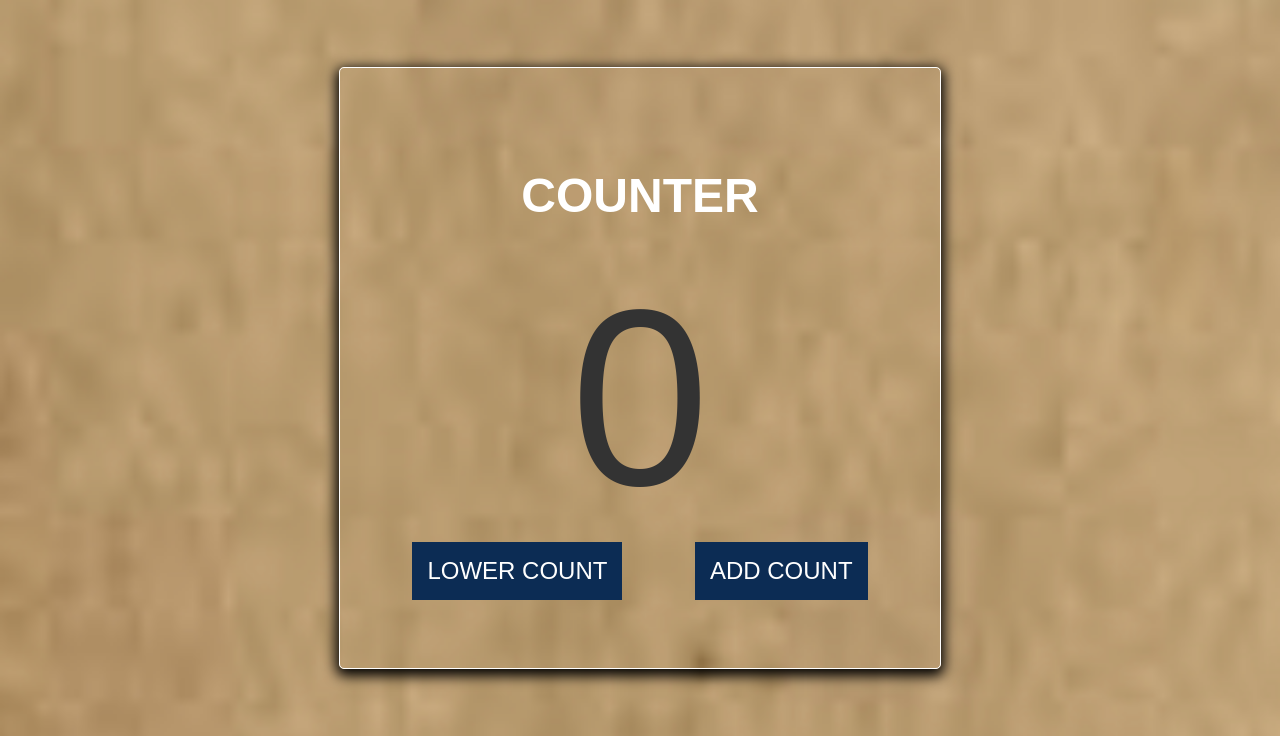
Repository: Hasmik-icml/counter
Page: index.html
These files come from the project's save history. The page is drawn as it stood at one moment and after a run of saves; the edit follows.
The browser window is 1280 px wide. The pictures show the whole page.
After loading, the first visible `button.buttonLower` was clicked once.

Above is the page before, as saved 2022-02-14 17:24:56.

After the next 3 saves:
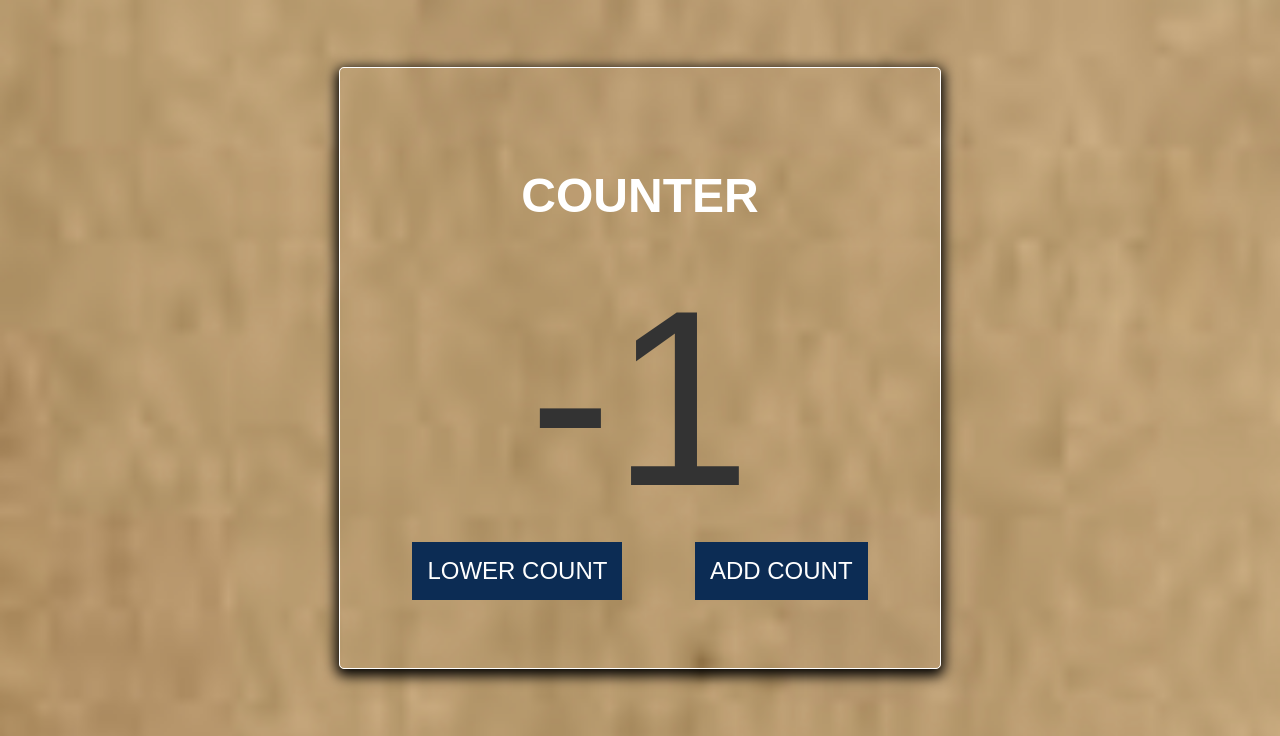
The 3 saves are shown as one change because they came seconds apart.
The last was saved 47 s later.
--- a/index.js
+++ b/index.js
@@ -2,18 +2,9 @@ const result = document.querySelector(".result");
 const buttonLower = document.querySelector(".buttonLower");
 const buttonAdd = document.querySelector(".buttonAdd");
 
-// buttonLower.addEventListener("click", function(){
-//     result.innerHTML--;
-// })
-// buttonAdd.addEventListener("click", function(){
-//     result.innerHTML++;
-// })
-function incrisOrDecris(){
-
-}
-document.querySelectorAll(".button").forEach(item => {
-    item.addEventListener("click", function(e){
-        console.log(e);
-        // this.innerHTML++;
-    })
+buttonLower.addEventListener("click", function(){
+    result.innerHTML--;
 })
+buttonAdd.addEventListener("click", function(){
+    result.innerHTML++;
+})
